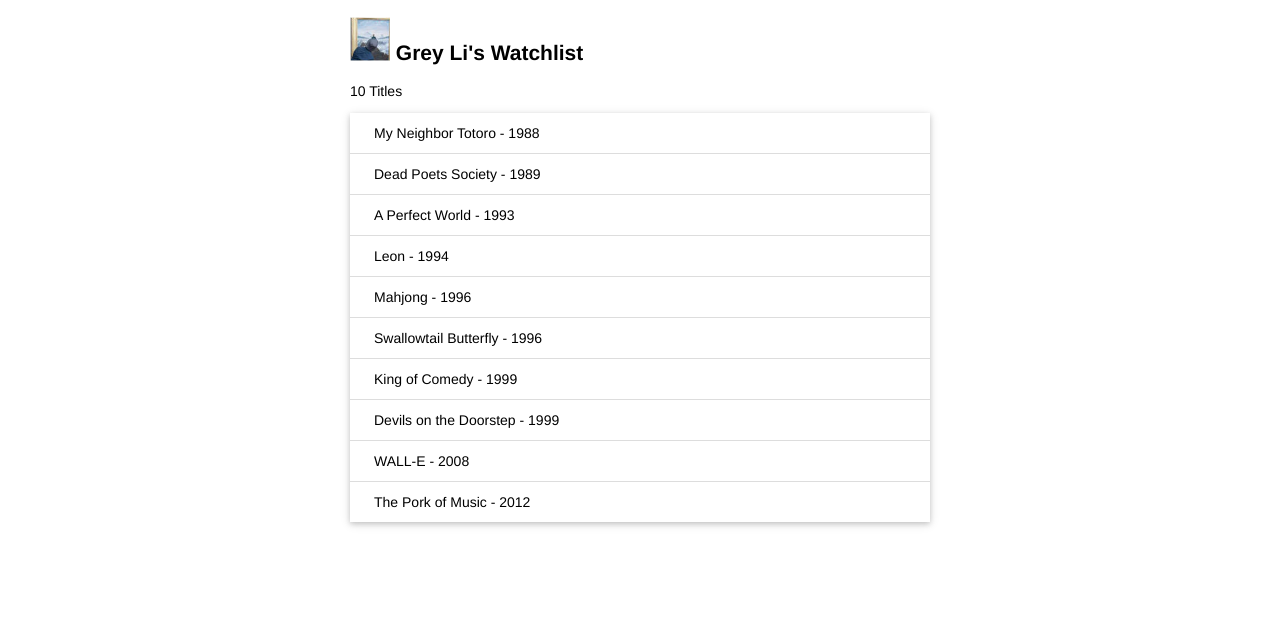
Repository: everrwsr/watchlist
Page: http://localhost/
The author's editor kept a copy of each file at every save. The page is drawn from the files as they stood at one save, then again after the next save.
The browser window is 1280 px wide. The pictures show the whole page.
The page is served by the project's application, run on Flask 3 (app.py).

Above is the page before, as saved 2022-05-16 15:41:53.

### templates/index.html
<!DOCTYPE html>
<html lang="en">
  <head>
    <meta charset="utf-8" />
    <link
      rel="stylesheet"
      href="{{ url_for('static', filename='style.css') }}"
      type="text/css"
    />
    <title>{{ name }}'s Watchlist</title>
  </head>
  <body>
    <h2>
      <img
        alt="Avatar"
        class="avatar"
        src="{{ url_for('static', filename='images/a.png') }}"
      />
      {{ name }}'s Watchlist
    </h2>
    {# 使用 length 过滤器获取 movies 变量的长度 #}
    <p>{{ movies|length }} Titles</p>
    <ul class="movie-list">
      {% for movie in movies %} {# 迭代 movies 变量 #}
      <li>{{ movie.title }} - {{ movie.year }}</li>
      {# 等同于 movie['title'] #} {% endfor %} {# 使用 endfor 标签结束 for 语句
      #}
    </ul>
    <footer></footer>
  </body>
</html>

### app.py
from flask import Flask, render_template
app = Flask(__name__)

name = 'Grey Li'
movies = [
    {'title': 'My Neighbor Totoro', 'year': '1988'},
    {'title': 'Dead Poets Society', 'year': '1989'},
    {'title': 'A Perfect World', 'year': '1993'},
    {'title': 'Leon', 'year': '1994'},
    {'title': 'Mahjong', 'year': '1996'},
    {'title': 'Swallowtail Butterfly', 'year': '1996'},
    {'title': 'King of Comedy', 'year': '1999'},
    {'title': 'Devils on the Doorstep', 'year': '1999'},
    {'title': 'WALL-E', 'year': '2008'},
    {'title': 'The Pork of Music', 'year': '2012'},
]


@app.route('/')
def index():
    return render_template('index.html', name=name, movies=movies)


@app.errorhandler(404)  # 传入要处理的错误代码
def page_not_found(e):  # 接受异常对象作为参数
    user = User.query.first()
    return render_template('404.html', user=user), 404  # 返回模板和状态码

### static/style.css
/* 页面整体 */
body {
    margin: auto;
    max-width: 580px;
    font-size: 14px;
    font-family: Helvetica, Arial, sans-serif;
}

/* 页脚 */
footer {
    color: #888;
    margin-top: 15px;
    text-align: center;
    padding: 10px;
}

/* 头像 */
.avatar {
    width: 40px;
}

/* 电影列表 */
.movie-list {
    list-style-type: none;
    padding: 0;
    margin-bottom: 10px;
    box-shadow: 0 2px 5px 0 rgba(0, 0, 0, 0.16), 0 2px 10px 0 rgba(0, 0, 0, 0.12);
}

.movie-list li {
    padding: 12px 24px;
    border-bottom: 1px solid #ddd;
}

.movie-list li:last-child {
    border-bottom: none;
}

.movie-list li:hover {
    background-color: #f8f9fa;
}

/* 龙猫图片 */
.totoro {
    display: block;
    margin: 0 auto;
    height: 100px;
}

After the next save:
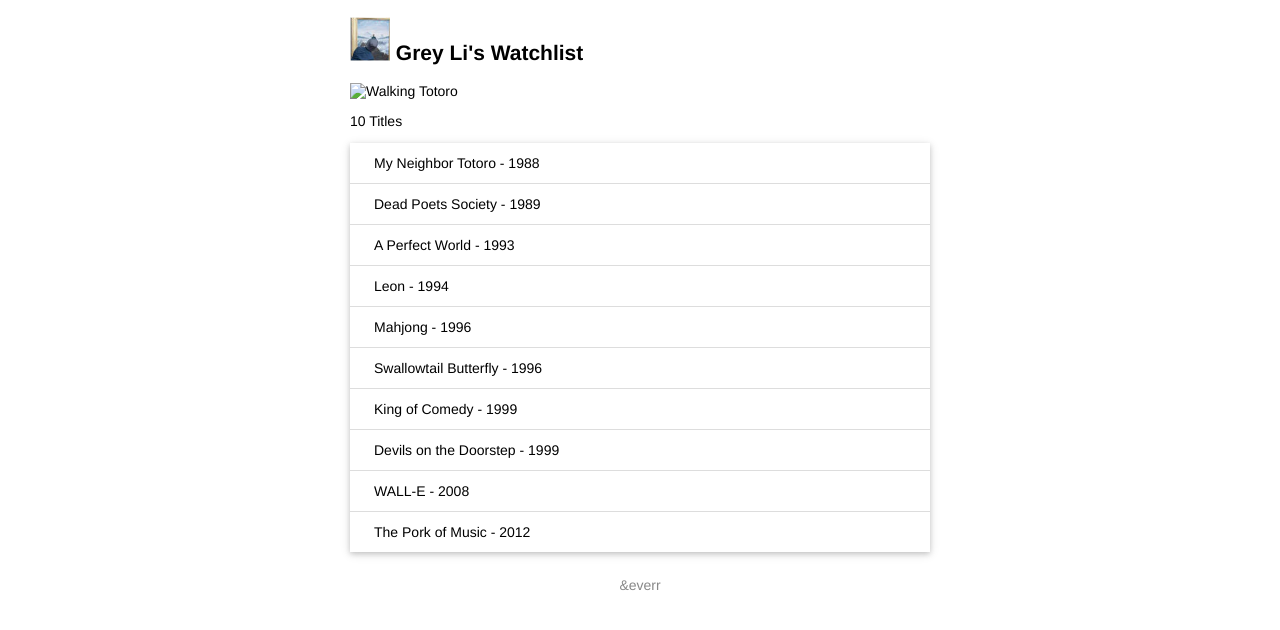
Saved 3 h 15 min later.
--- a/templates/index.html
+++ b/templates/index.html
@@ -18,6 +18,10 @@
       />
       {{ name }}'s Watchlist
     </h2>
+    <img
+      alt="Walking Totoro"
+      src="{{ url_for('static', filename='images/totoro.gif') }}"
+    />
     {# 使用 length 过滤器获取 movies 变量的长度 #}
     <p>{{ movies|length }} Titles</p>
     <ul class="movie-list">
@@ -26,6 +30,6 @@
       {# 等同于 movie['title'] #} {% endfor %} {# 使用 endfor 标签结束 for 语句
       #}
     </ul>
-    <footer></footer>
+    <footer>&everr</footer>
   </body>
 </html>
